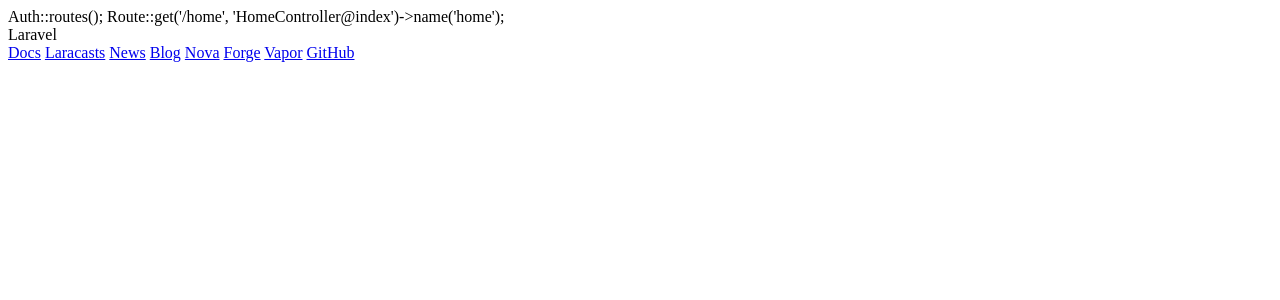
Repository: Fuji4625/levtech_repository
Page: http://localhost/
The author's editor kept a record of every edit. The page is drawn from the files as they stood at one moment, then again after the next edit.
The browser window is 1280 px wide. The pictures show the whole page.
The page is served by the project's Laravel application, run on PHP 8.4 with Laravel 8. Queries for data that is not in the repository find no rows.

Above is the page before.

After the next edit:
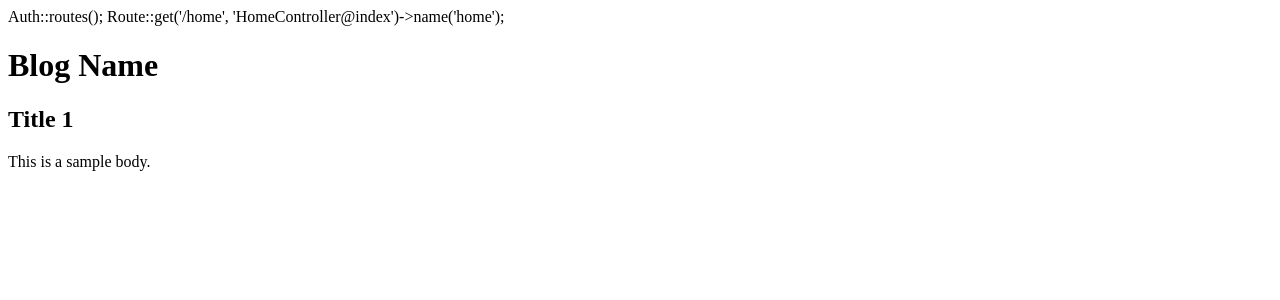
The edit:
--- a/blog/resources/views/index.blade.php
+++ b/blog/resources/views/index.blade.php
@@ -7,36 +7,11 @@
         <link href="https://fonts.googleapis.com/css2?family=Nunito:wght@200;600&display=swap" rel="stylesheet">
     </head>
     <body>
-        <div class="flex-center position-ref full-height">
-            @if (Route::has('login'))
-                <div class="top-right links">
-                    @auth
-                        <a href="{{ url('/home') }}">Home</a>
-                    @else
-                        <a href="{{ route('login') }}">Login</a>
-
-                        @if (Route::has('register'))
-                            <a href="{{ route('register') }}">Register</a>
-                        @endif
-                    @endauth
-                </div>
-            @endif
-
-            <div class="content">
-                <div class="title m-b-md">
-                    Laravel
-                </div>
-
-                <div class="links">
-                    <a href="https://laravel.com/docs">Docs</a>
-                    <a href="https://laracasts.com">Laracasts</a>
-                    <a href="https://laravel-news.com">News</a>
-                    <a href="https://blog.laravel.com">Blog</a>
-                    <a href="https://nova.laravel.com">Nova</a>
-                    <a href="https://forge.laravel.com">Forge</a>
-                    <a href="https://vapor.laravel.com">Vapor</a>
-                    <a href="https://github.com/laravel/laravel">GitHub</a>
-                </div>
+        <h1>Blog Name</h1>
+        <div class='posts'>
+            <div class='post'>
+                <h2 class="title">Title 1</h2>
+                <p class="body">This is a sample body.</p>
             </div>
         </div>
     </body>
